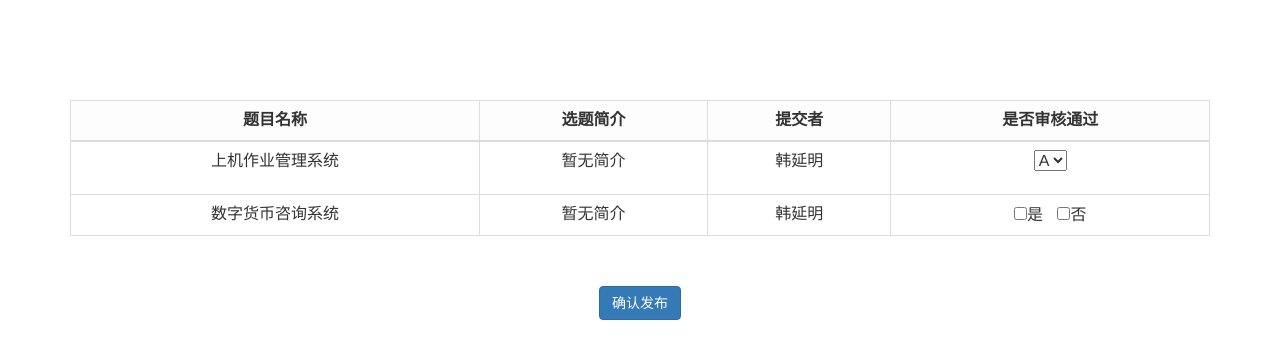
Repository: Kong-T/Practical-training
Page: Administrator/html/topic_admin.html
The author's editor kept a copy of each file at every save. The page is drawn from the files as they stood at one save, then again after the next save.
The browser window is 1280 px wide. The pictures show the whole page.
The page's requests for data from a server got no answer. Some web libraries are served in a nearby version.

Above is the page before, as saved 2020-12-14 18:28:03.

After the next save:
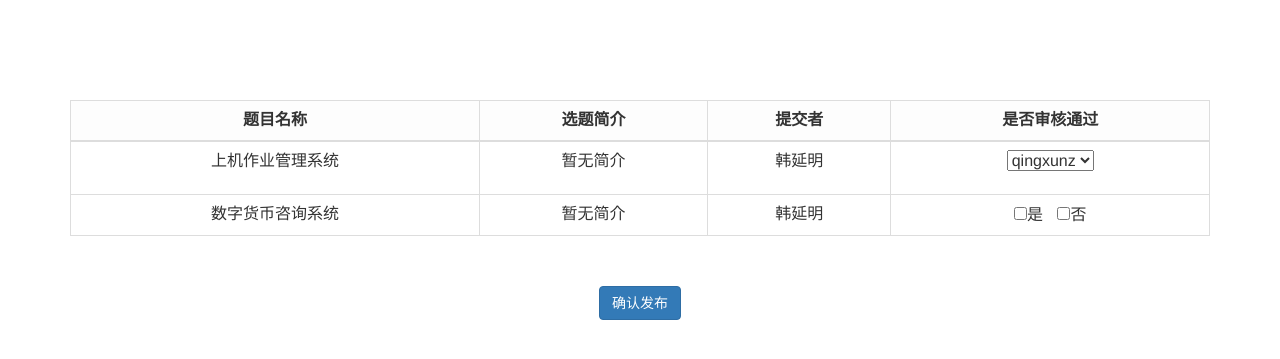
Saved 44 s later.
--- a/Administrator/html/topic_admin.html
+++ b/Administrator/html/topic_admin.html
@@ -149,6 +149,7 @@
                 <td id="Tutor1">韩延明</td>
                 <td><div class="form-group">
                     <select id = "selectID" class="selectpicker show-tick" title="请选择一项" data-live-search="true" data-size="5">
+                        <option>qingxunz</option>
                       <option>A</option>
                       <option>B</option>
 
